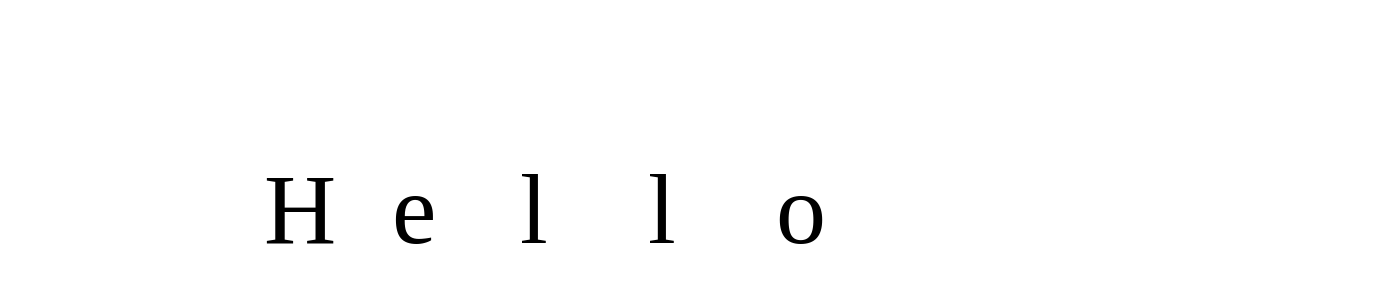
Repository: julihocc/javascript-interview-practice
Page: 01 HTML CSS/Exercise 75/index.html
An editor plug-in stored every save of this project. The page is shown before and after the next save, followed by the edit.
The browser window is 1280 px wide. The page is 1400 px wide, so the pictures cover 1400 px, including what lies to the right of the window. The pictures show the whole page.

Above is the page before, as saved 2022-09-30 00:23:38.

### 01 HTML CSS/Exercise 75/index.html

<!DOCTYPE html>
<!--[if lt IE 7]>      <html class="no-js lt-ie9 lt-ie8 lt-ie7"> <![endif]-->
<!--[if IE 7]>         <html class="no-js lt-ie9 lt-ie8"> <![endif]-->
<!--[if IE 8]>         <html class="no-js lt-ie9"> <![endif]-->
<!--[if gt IE 8]>      <html class="no-js"> <!--<![endif]-->
<html>
    <head>
        <meta charset="utf-8">
        <meta http-equiv="X-UA-Compatible" content="IE=edge">
        <title></title>
        <meta name="description" content="">
        <meta name="viewport" content="width=device-width, initial-scale=1">
        <link rel="stylesheet" href="./style.css">
    </head>
    <body>
        <div class="wrapper">
            <div class="letter" id="l1">H</div>
            <div class="letter" id="l2">e</div>
            <div class="letter" id="l3">l</div>
            <div class="letter" id="l4">l</div>
            <div class="letter" id="l5">o</div>
        </div>
        <script src="" async defer></script>
    </body>
</html>

### 01 HTML CSS/Exercise 75/style.css
.wrapper {
    position: relative;
    left: 10vw;
    /* font-size:  100px; */
}

.letter{
    position: absolute;
    font-size: 100px;
    top: 20vh;
}

.letter:hover {
    position: absolute;
    font-size: 300px;
    top: 5vh;
}

#l1, #l1:hover {
    left: 10vw;
}

#l2, #l2:hover {
    left: 20vw;
}

#l3, #l3:hover {
    left: 30vw;
}

#l4, #l4:hover {
    left: 40vw;
}

#l5, #l5:hover {
    left: 50vw;
}

After the next save:
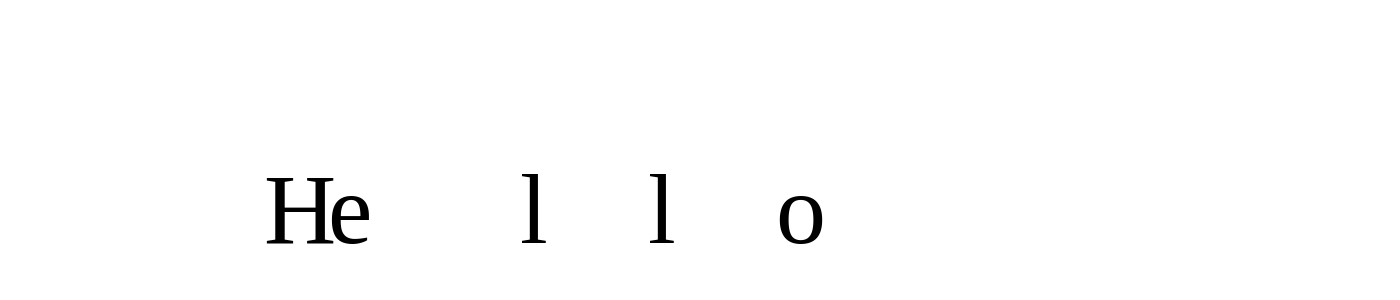
Saved 11 s later.
--- a/01 HTML CSS/Exercise 75/style.css
+++ b/01 HTML CSS/Exercise 75/style.css
@@ -21,7 +21,7 @@
 }
 
 #l2, #l2:hover {
-    left: 20vw;
+    left: 15vw;
 }
 
 #l3, #l3:hover {
